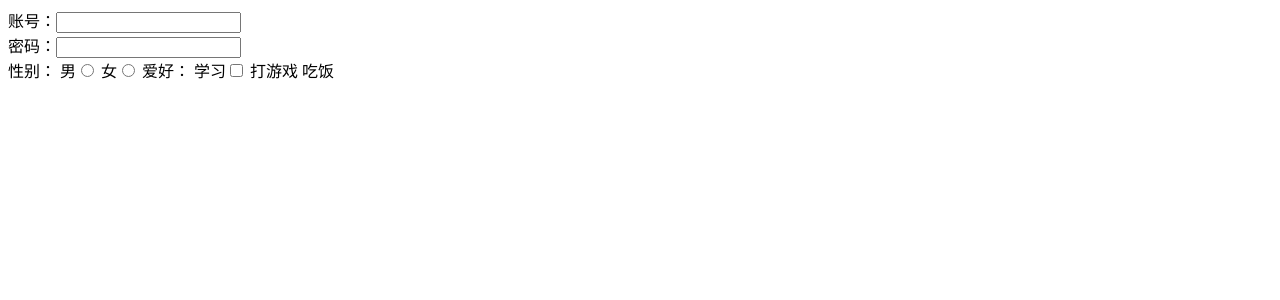
Repository: Lconfident/Learning_Process
Page: Vue/vue_basic/13__收集表单数据/1.收集表单数据.html
The author's editor kept a copy of each file at every save. The page is drawn from the files as they stood at one save, then again after the next save.
The browser window is 1280 px wide. The pictures show the whole page.

Above is the page before, as saved 2023-07-22 10:07:52.

### Vue/vue_basic/13__收集表单数据/1.收集表单数据.html
<!DOCTYPE html>
<html lang="en">

<head>
    <meta charset="UTF-8">
    <meta name="viewport" content="width=device-width, initial-scale=1.0">
    <title>Doc</title>
    <!-- 引入Vue -->
    <script type="text/javascript" src="../../js/vue.js"></script>
</head>

<body>
    <!-- 准备好一个容器 -->
    <div id="root">
        <form>
            账号：<input type="text"><br>
            密码：<input type="password"><br>
            性别：
            男<input type="radio" name="gender">
            女<input type="radio" name="gender">
            爱好：
            学习<input type="checkbox">
            打游戏
            吃饭
        </form>
    </div>

</body>

<script type="text/javascript">

</script>

</html>

Loaded but not shown: Vue/js/vue.js (library)

After the next save:
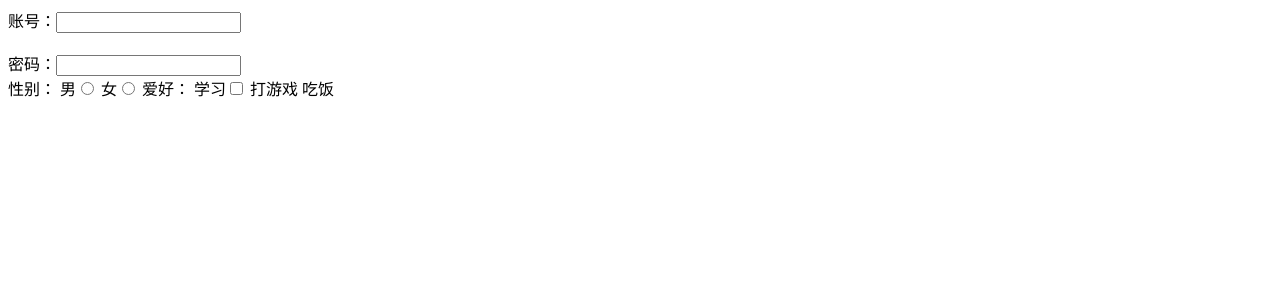
Saved 5 s later.
--- a/Vue/vue_basic/13__收集表单数据/1.收集表单数据.html
+++ b/Vue/vue_basic/13__收集表单数据/1.收集表单数据.html
@@ -13,7 +13,7 @@
     <!-- 准备好一个容器 -->
     <div id="root">
         <form>
-            账号：<input type="text"><br>
+            账号：<input type="text"><br><br>
             密码：<input type="password"><br>
             性别：
             男<input type="radio" name="gender">
